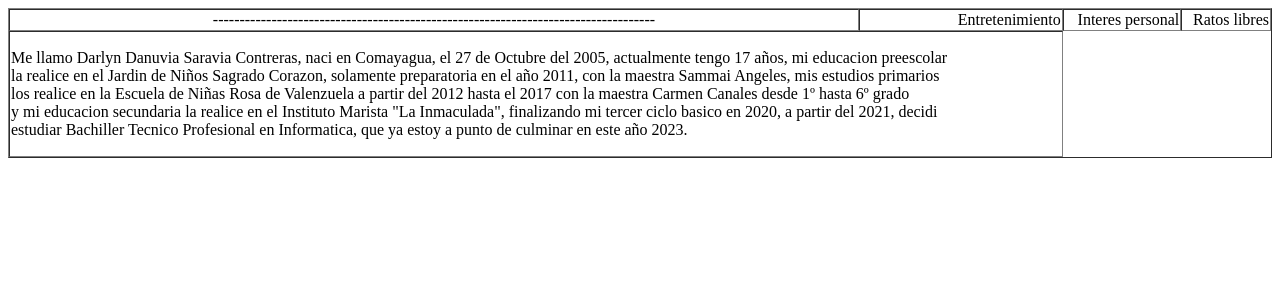
Repository: darlyn-saravia27/portafolio-darlynsaravia
Page: archivoshtml/tareas de html/index.html
An editor plug-in stored every save of this project. The page is shown before and after the next save, followed by the edit.
The browser window is 1280 px wide. The pictures show the whole page.

Above is the page before, as saved 2023-03-04 00:49:30.

### archivoshtml/tareas de html/index.html
<!DOCTYPE html>
<html lang="en">
<head>
    <meta charset="UTF-8">
    <meta http-equiv="X-UA-Compatible" content="IE=edge">
    <meta name="viewport" content="width=device-width, initial-scale=1.0">
    <title>Mi Portafolio Web</title>
</head>
<body>
    <table align="center" border="1" cellspacing="0" width="100%">
    <tr align="center">
        <td>-----------------------------------------------------------------------------------</td>
        <td align="right">Entretenimiento</td>
        <td align="right">Interes personal</td>
        <td align="right">Ratos libres</td>
    </tr>
    <tr>
        <td colspan="2" align="">
            <p> Me llamo Darlyn Danuvia Saravia Contreras, naci en Comayagua,
                el 27 de Octubre del 2005, actualmente tengo 17 años, mi educacion preescolar <br>la realice
                en el Jardin de Niños Sagrado Corazon, solamente preparatoria en el año 2011,
                con la maestra Sammai Angeles, mis estudios primarios <br>los realice en la
                Escuela de Niñas Rosa de Valenzuela a partir del 2012 hasta el 2017 con
                la maestra Carmen Canales desde 1º hasta 6º grado <br>y mi educacion secundaria la
                realice en el Instituto Marista "La Inmaculada", finalizando
                mi tercer ciclo basico en 2020, a partir del 2021, decidi <br>estudiar Bachiller
                Tecnico Profesional en Informatica, que ya estoy a punto de culminar en este año 2023.
            </p>
        </td>
    </tr>
</body>
</html>

After the next save:
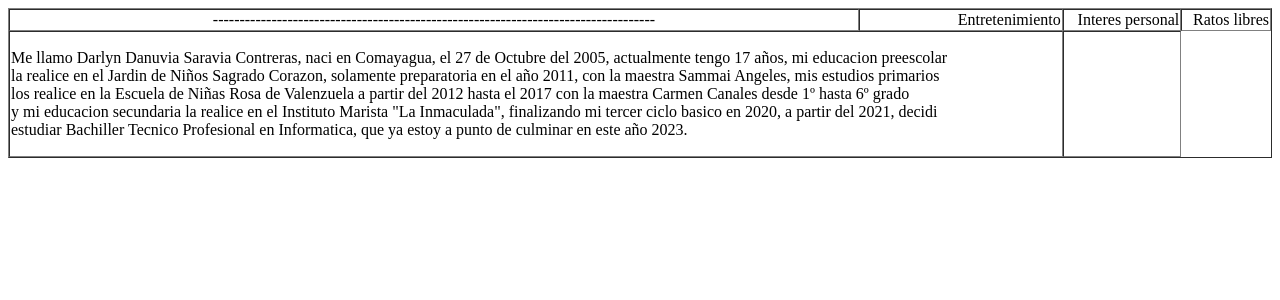
Saved 17 s later.
--- a/archivoshtml/tareas de html/index.html
+++ b/archivoshtml/tareas de html/index.html
@@ -15,7 +15,7 @@
         <td align="right">Ratos libres</td>
     </tr>
     <tr>
-        <td colspan="2" align="">
+        <td colspan="2">
             <p> Me llamo Darlyn Danuvia Saravia Contreras, naci en Comayagua,
                 el 27 de Octubre del 2005, actualmente tengo 17 años, mi educacion preescolar <br>la realice
                 en el Jardin de Niños Sagrado Corazon, solamente preparatoria en el año 2011,
@@ -27,6 +27,7 @@
                 Tecnico Profesional en Informatica, que ya estoy a punto de culminar en este año 2023.
             </p>
         </td>
+        <td>
     </tr>
 </body>
 </html>
